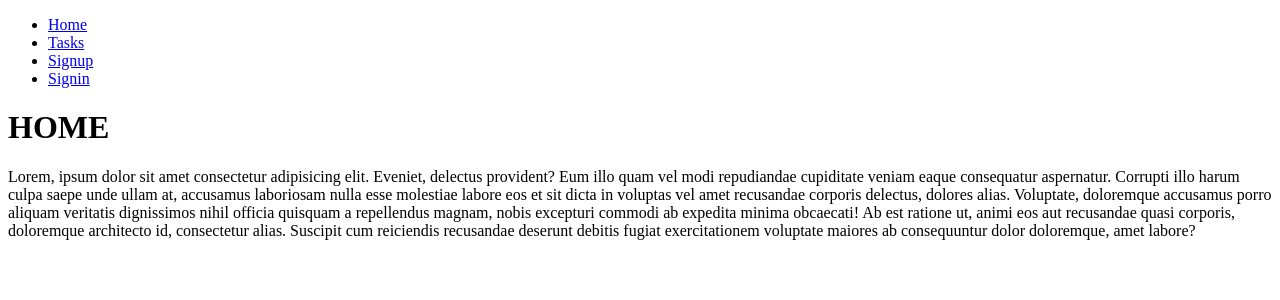
Repository: Andres250602/auth.django
Page: http://localhost/
An editor plug-in stored every save of this project. The page is shown before and after the next save, followed by the edit.
The browser window is 1280 px wide. The pictures show the whole page.
The page is served by the project's application, run on Django 5.2 (manage.py).

Above is the page before, as saved 2024-04-12 12:48:25.

After the next save:
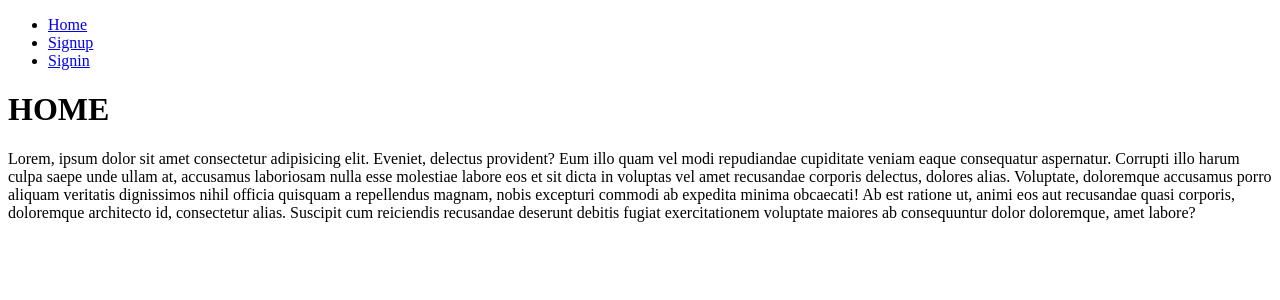
Saved 29 s later.
--- a/myapp/templates/base.html
+++ b/myapp/templates/base.html
@@ -11,10 +11,11 @@
             <li>
                 <a href="/">Home</a>
             </li>
+            {% if user.is_authenticated %}
             <li>
                 <a href="/tasks">Tasks</a>
             </li>
-            {% if user.is_authenticated %}
+
             <li>
                 <a href="/logout">logout</a>
             </li>
